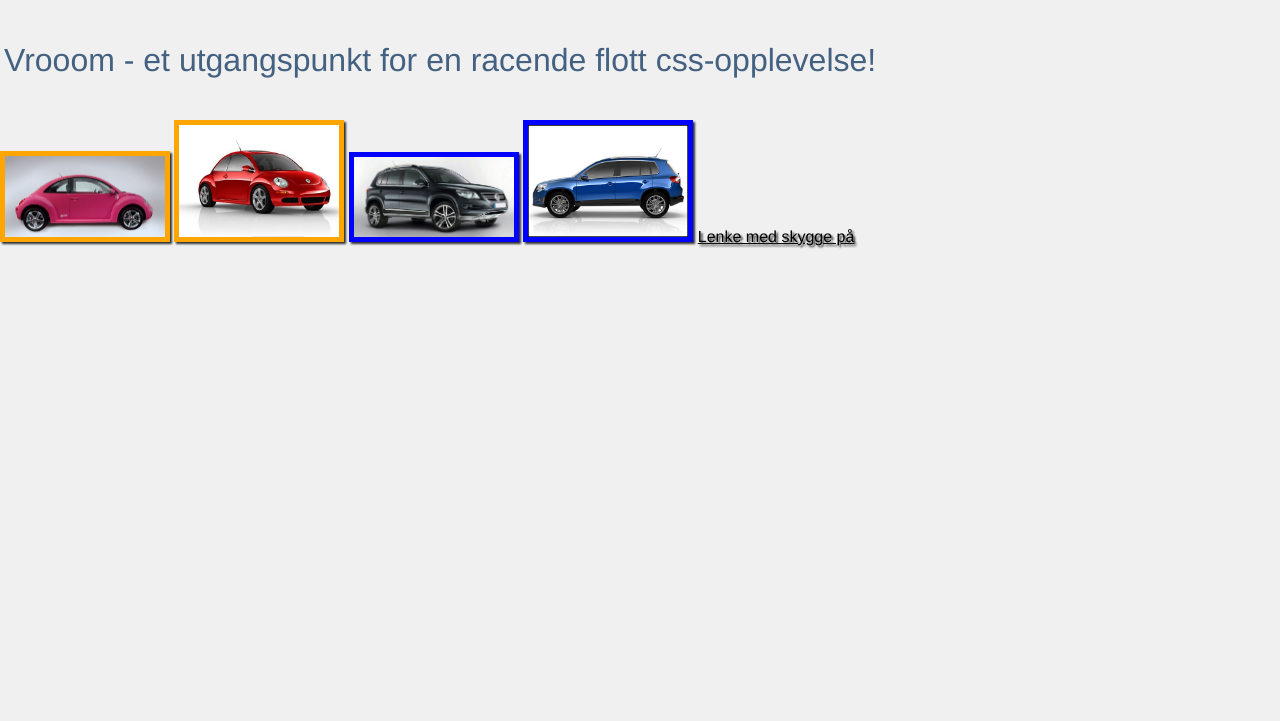
Repository: mesan/css-kurs
Page: kode/wroom/index.html
An editor plug-in stored every save of this project. The page is shown before and after the next save, followed by the edit.
The browser window is 1280 px wide. The pictures show the whole page.

Above is the page before, as saved 2013-01-21 20:57:40.

After the next save:
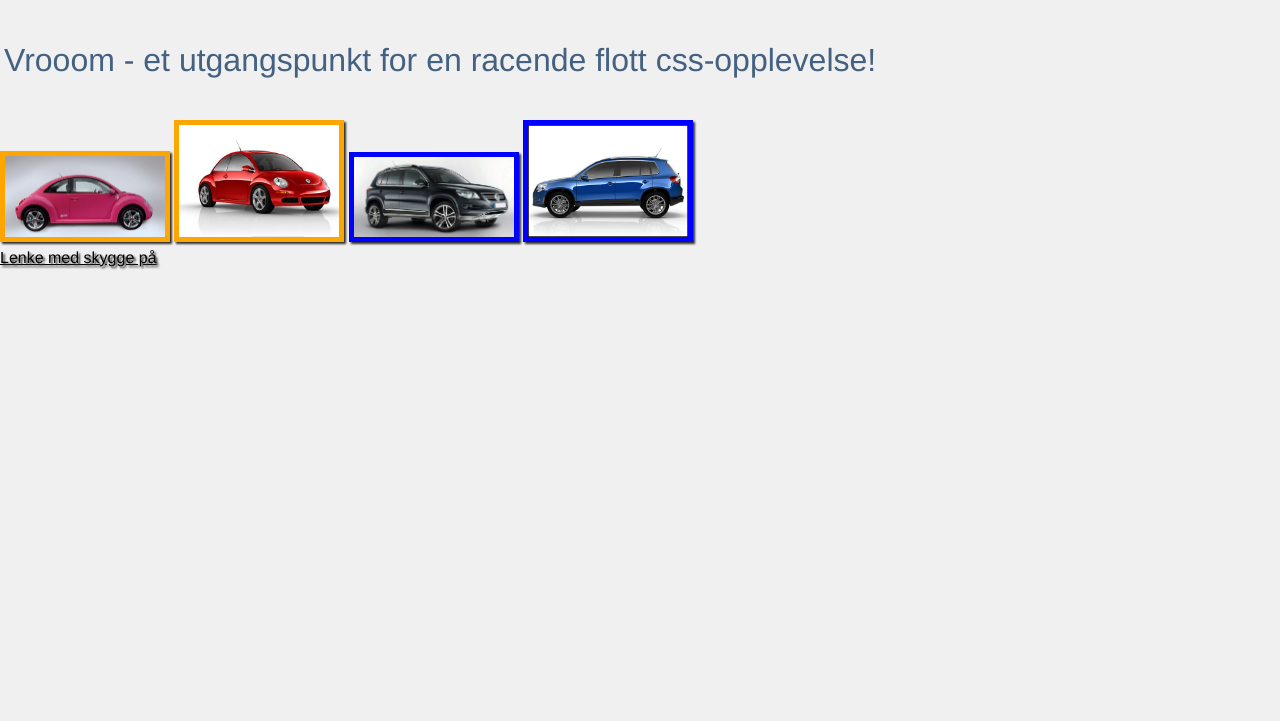
Saved 48 s later.
--- a/kode/wroom/index.html
+++ b/kode/wroom/index.html
@@ -27,8 +27,9 @@
 				<img src="images/volkswagen-beetle-red.jpg" />
 				<img src="images/volkswagen-tiguan-nero.jpg" />
 				<img src="images/volkswagen-tiguan.jpg" />
-
+				<p>
 				<a href="#">Lenke med skygge på</a>
+				</p>
 			</div>
 
 			<footer>
